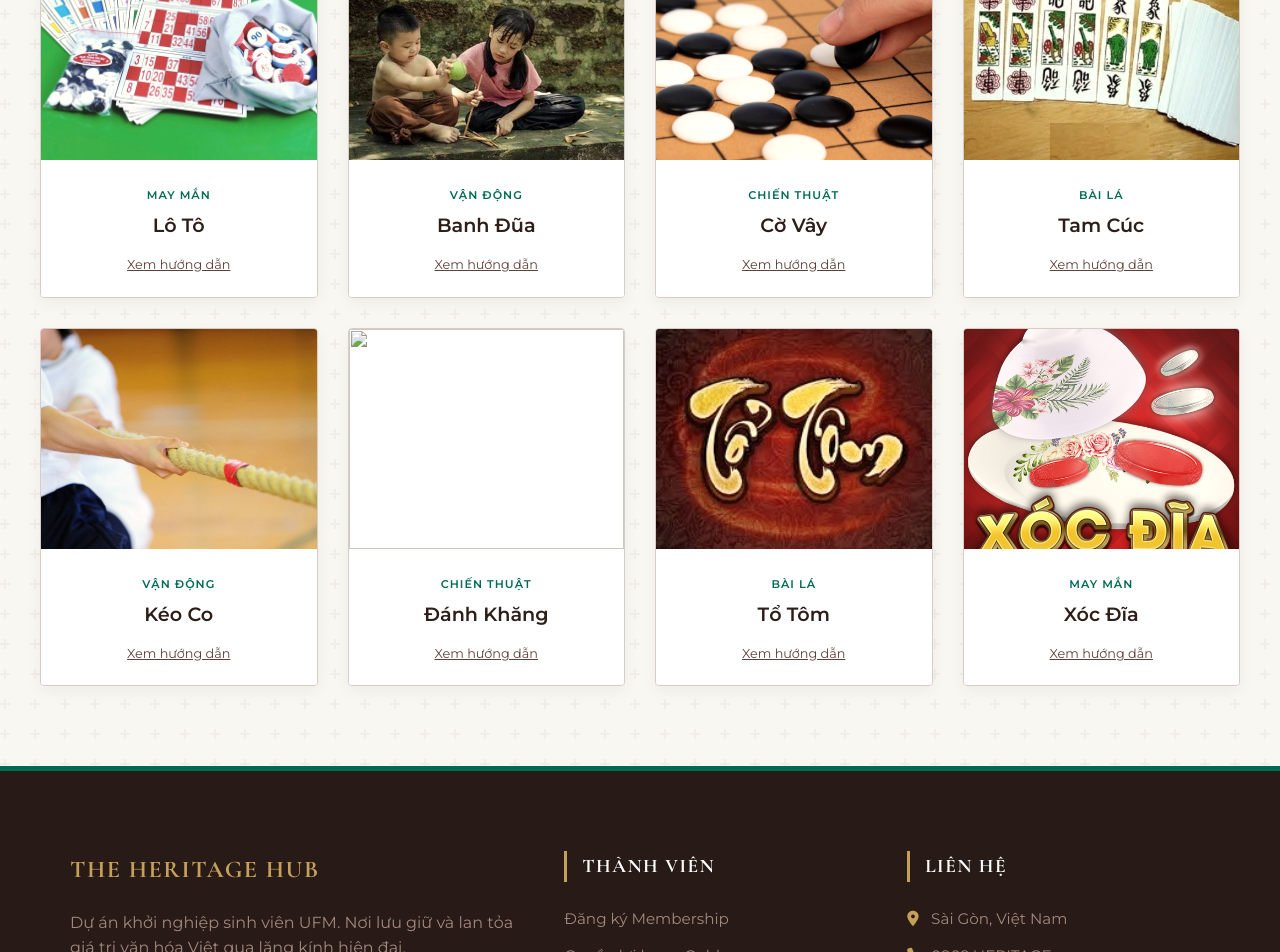
Repository: Lukas952003/Project-The-Heritage-Hub-Coffee-Marketing
Page: games.html
The author's editor kept a copy of each file at every save. The page is drawn from the files as they stood at one save, then again after the next save.
The browser window is 1280 px wide. The pictures show the part of the page from y = 1101 to 2053 px (the page is 2220 px tall).
Backgrounds fixed to the window are drawn as part of the page.

Above is the page before, as saved 2025-12-29 11:16:36.
Not found: img/game-danh-khang.jpg

After the next save:
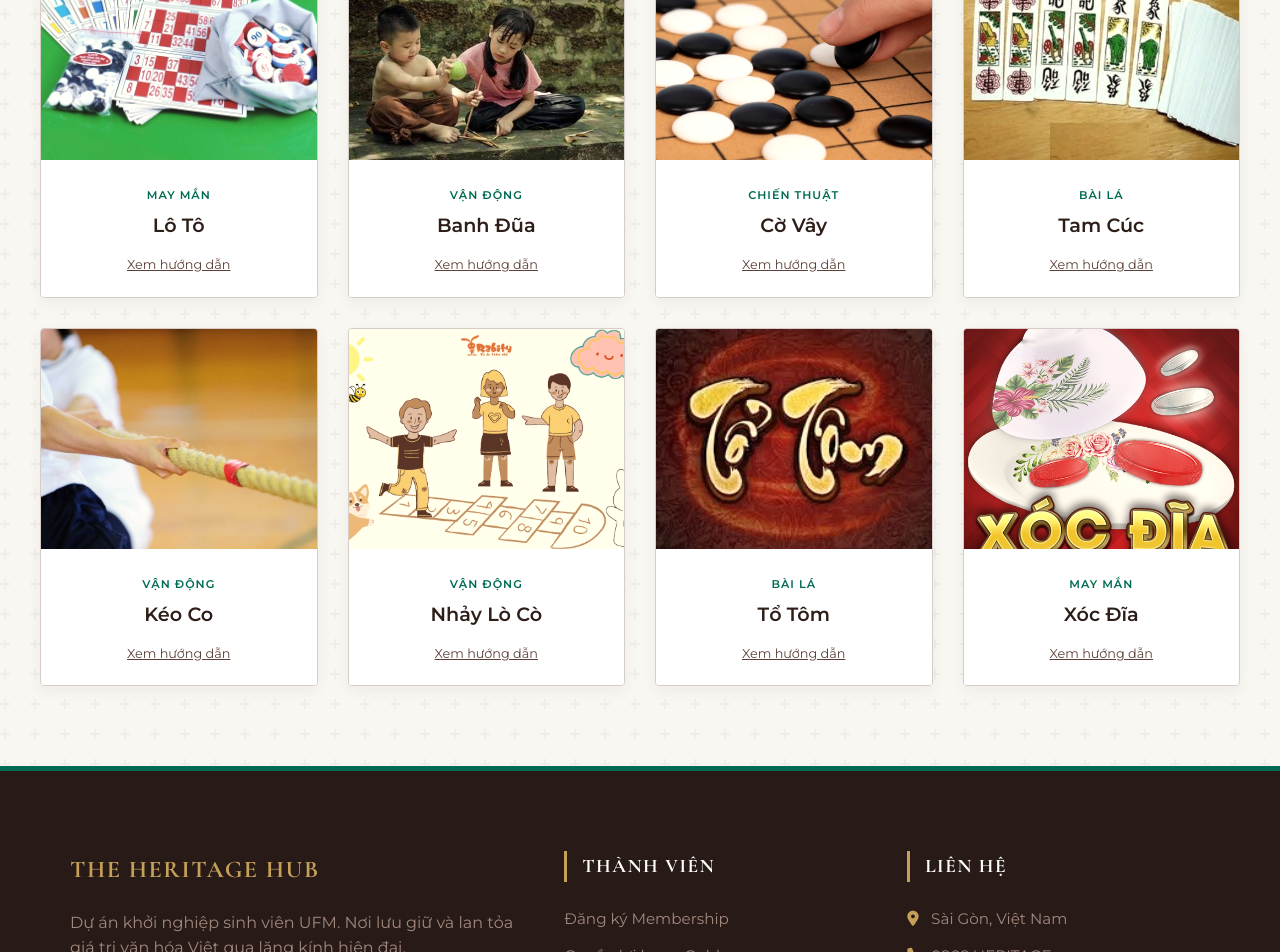
Saved 34 s later.
--- a/games.html
+++ b/games.html
@@ -680,16 +680,16 @@
 
         <div
           class="game-card"
-          data-cat="chien-thuat"
-          onclick="openModal(this)"
-          data-title="Đánh Khăng"
-          data-img="./img/game-danh-khang.jpg"
-          data-desc="Trò chơi dân gian miền Bắc, kết hợp sức mạnh và chiến thuật. Người chơi cần tính toán hướng đánh và khả năng phòng thủ."
-        >
-          <img src="./img/game-danh-khang.jpg" class="game-thumb" />
-          <div class="game-info">
-            <span class="game-tag">Chiến Thuật</span>
-            <div class="game-title">Đánh Khăng</div>
+          data-cat="van-dong"
+          onclick="openModal(this)"
+          data-title="Nhảy Lò Cò"
+          data-img="./img/game-nhay-lo-co.jpg"
+          data-desc="Trò chơi vận động đơn giản với những ô vẽ trên nền đất. Gắn liền với sân trường, tuổi thơ và ký ức học trò."
+        >
+          <img src="./img/game-nhay-lo-co.jpg" class="game-thumb" />
+          <div class="game-info">
+            <span class="game-tag">Vận Động</span>
+            <div class="game-title">Nhảy Lò Cò</div>
             <span class="btn-play">Xem hướng dẫn</span>
           </div>
         </div>
